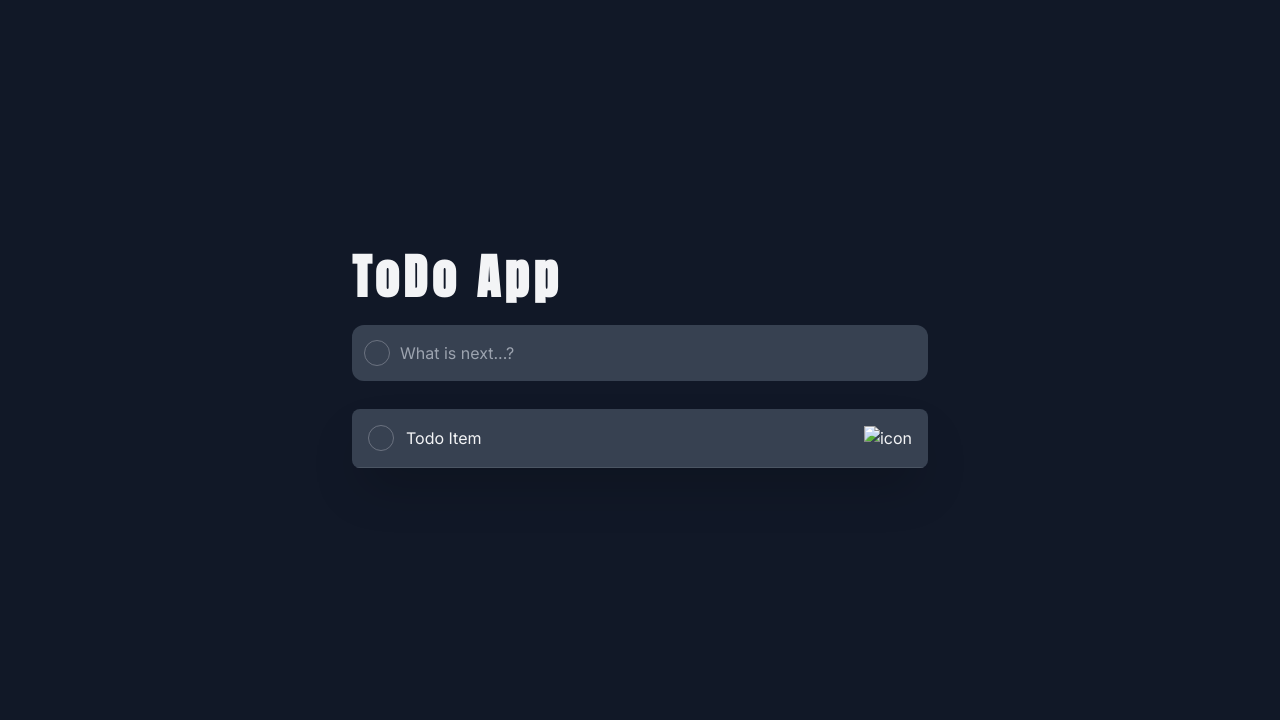
Repository: mvbri/app-todo-fullstack
Page: /
The author's editor kept a copy of each file at every save. The page is drawn from the files as they stood at one save, then again after the next save.
The browser window is 1280 px wide. The pictures show the whole page.
The project was rebuilt for these pictures with package versions that can differ from the ones it lists, and the page was loaded fresh each time. Also part of the build but not shown: src/App.css.

Above is the page before, as saved 2023-04-09 12:54:26.

### public/index.html
<!DOCTYPE html>
<html lang="en">
	<head>
		<meta charset="utf-8" />
		<link rel="icon" href="%PUBLIC_URL%/favicon.ico" />
		<meta name="viewport" content="width=device-width, initial-scale=1" />
		<meta name="theme-color" content="#000000" />
		<meta
			name="description"
			content="Web site created using create-react-app"
		/>
		<link rel="apple-touch-icon" href="%PUBLIC_URL%/logo192.png" />
		<!--
      manifest.json provides metadata used when your web app is installed on a
      user's mobile device or desktop. See https://developers.google.com/web/fundamentals/web-app-manifest/
    -->
		<link rel="manifest" href="%PUBLIC_URL%/manifest.json" />
		<!--
      Notice the use of %PUBLIC_URL% in the tags above.
      It will be replaced with the URL of the `public` folder during the build.
      Only files inside the `public` folder can be referenced from the HTML.

      Unlike "/favicon.ico" or "favicon.ico", "%PUBLIC_URL%/favicon.ico" will
      work correctly both with client-side routing and a non-root public URL.
      Learn how to configure a non-root public URL by running `npm run build`.
    -->
		<link rel="preconnect" href="https://fonts.googleapis.com" />
		<link rel="preconnect" href="https://fonts.gstatic.com" crossorigin />
		<link
			href="https://fonts.googleapis.com/css2?family=Anton&family=Inter&display=swap"
			rel="stylesheet"
		/>
		<title>React App</title>
	</head>
	<body>
		<noscript>You need to enable JavaScript to run this app.</noscript>
		<div id="root"></div>
		<!--
      This HTML file is a template.
      If you open it directly in the browser, you will see an empty page.

      You can add webfonts, meta tags, or analytics to this file.
      The build step will place the bundled scripts into the <body> tag.

      To begin the development, run `npm start` or `yarn start`.
      To create a production bundle, use `npm run build` or `yarn build`.
    -->
	</body>
</html>

### src/App.js
import './App.css';
import Title from './components/Title';
import TodoInput from './components/TodoInput';
import TodoList from './components/TodoList';
import Todo from './components/Todo';

function App() {
	return (
		<div className='bg-gray-900 min-h-screen h-ful text-gray-100 font-inter flex items-center justify-center py-20 px-5'>
			<div className='container flex flex-col max-w-xl'>
				<Title />
				<TodoInput />
				<TodoList>
					<Todo />
				</TodoList>
			</div>
		</div>
	);
}

export default App;

### src/components/Title.js
import React from 'react';

function Title() {
	return (
		<h1 className='text-5xl font-anton font-bold tracking-widest'>ToDo App</h1>
	);
}

export default Title;

### src/components/TodoInput.js
import React from 'react';

function TodoInput() {
	return (
		<div className='mt-6 relative'>
			<div className='absolute inset-y-0 left-0 pl-3 flex items-center pointer-events-none'>
				<span className='border border-gray-500 border-solid p-3 rounded-full'></span>
			</div>
			<input
				type='text'
				className='focus:shadow-lg font-inter focus:shadow-blue-800 pl-12 w-full py-4 bg-gray-700 rounded-xl outline-none trasitiona-all duration-300 ease-in-out'
				placeholder='What is next...?'
			></input>
		</div>
	);
}

export default TodoInput;

### src/components/TodoList.js
import React from 'react';

function TodoList({ children }) {
	return (
		<div className='flex flex-col mt-7 rounded-lg overflow-hidden shadow-2xl'>
			{children}
		</div>
	);
}

export default TodoList;

### src/components/Todo.js
import React from 'react';

const Todo = () => {
	return (
		<div className='flex items-center justify-between p-4 bg-gray-700 border-b border-solid border-gray-600'>
			<div className='flex items-center'>
				<span className='border-solid border border-gray-500 rounded-full p-3 cursor-pointer'></span>
				<p className='pl-3'>Todo Item</p>
			</div>
			<img src='./' alt='icon' />
		</div>
	);
};

export default Todo;

### tailwind.config.js
/** @type {import('tailwindcss').Config} */
module.exports = {
	content: ['./src/**/*.{js,jsx,ts,tsx}'],
	theme: {
		extend: {
			fontFamily: {
				anton: "'Anton', serif",
				inter: "'Inter', serif",
			},
		},
	},
	plugins: [],
};

Loaded but not shown: src/index.js (common file); src/index.css (common file); src/reportWebVitals.js (common file)

After the next save:
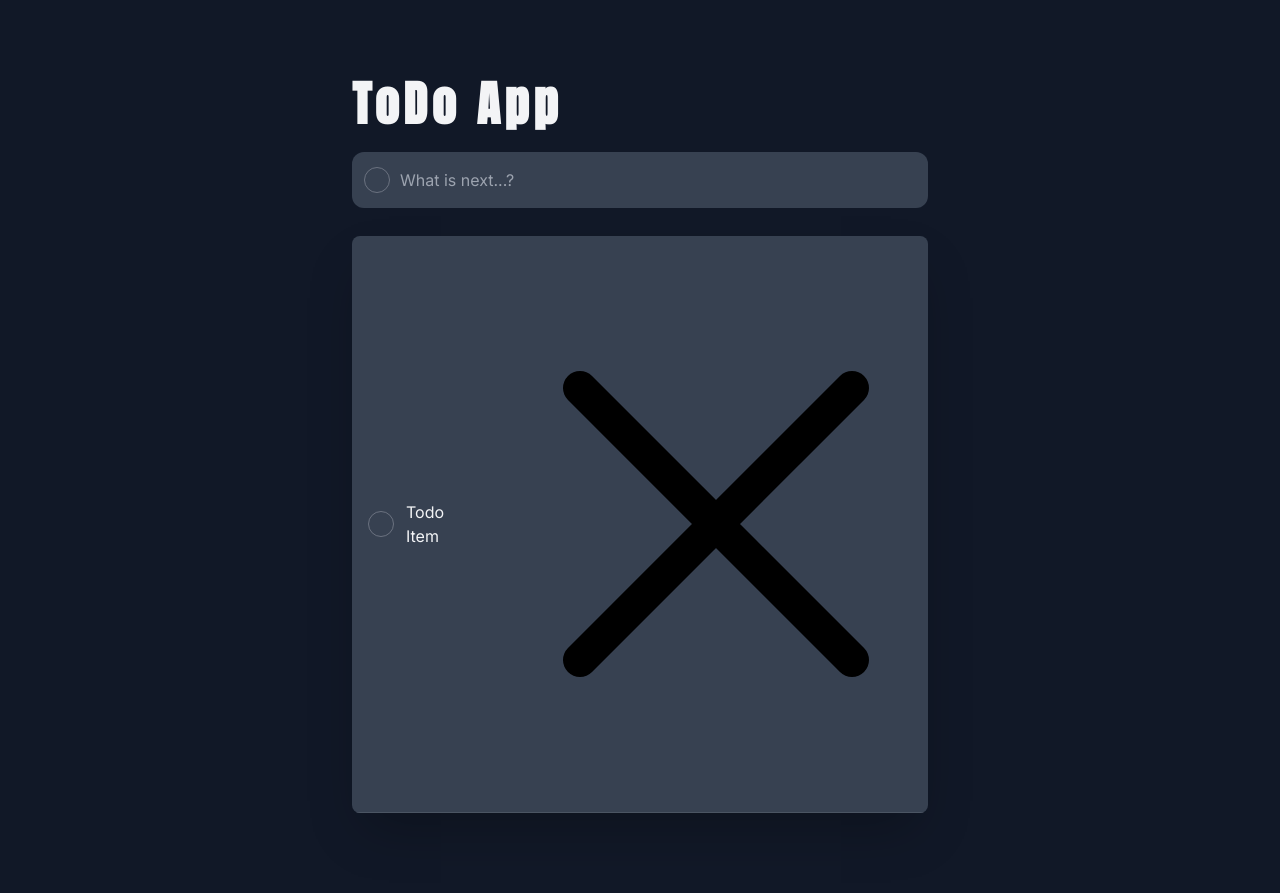
Saved 10 s later.
--- a/src/components/Todo.js
+++ b/src/components/Todo.js
@@ -7,7 +7,7 @@
 				<span className='border-solid border border-gray-500 rounded-full p-3 cursor-pointer'></span>
 				<p className='pl-3'>Todo Item</p>
 			</div>
-			<img src='./' alt='icon' />
+			<img src='./close-icon.svg' alt='icon' />
 		</div>
 	);
 };

After the save that followed:
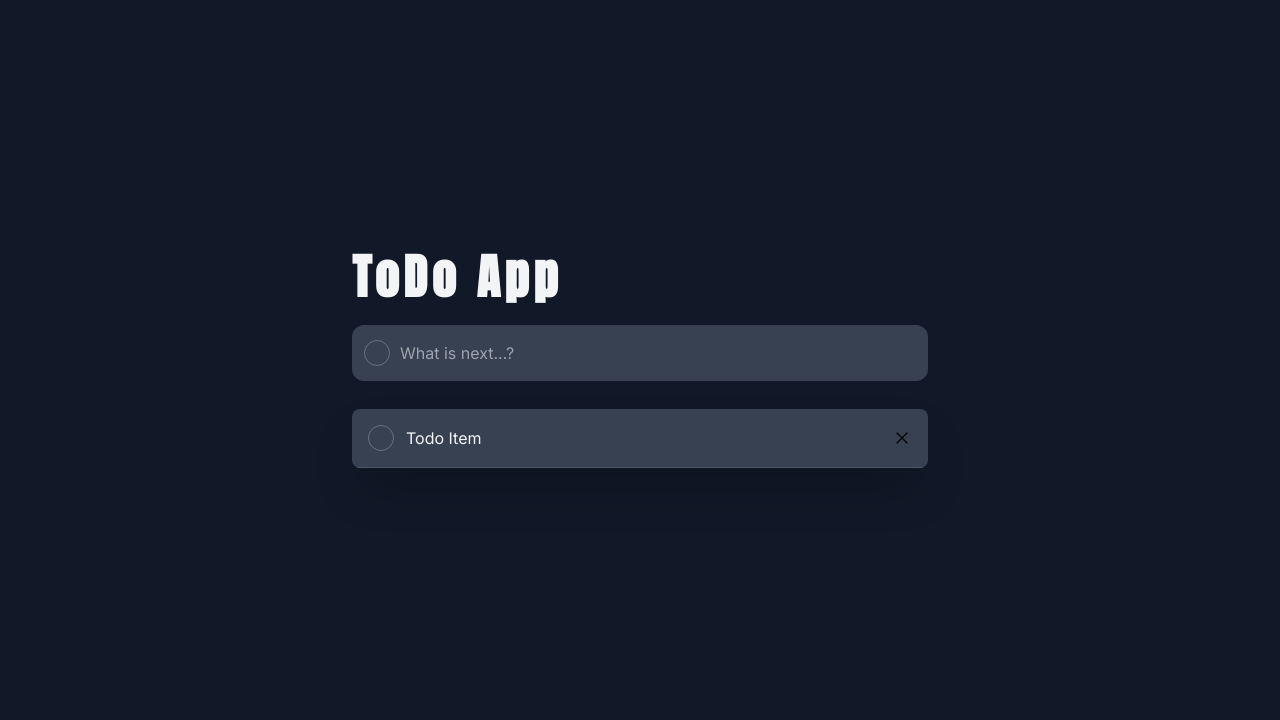
Saved 33 s later.
--- a/src/components/Todo.js
+++ b/src/components/Todo.js
@@ -7,7 +7,7 @@
 				<span className='border-solid border border-gray-500 rounded-full p-3 cursor-pointer'></span>
 				<p className='pl-3'>Todo Item</p>
 			</div>
-			<img src='./close-icon.svg' alt='icon' />
+			<img className='h-5 w-5' src='./close-icon.svg' alt='icon' />
 		</div>
 	);
 };
